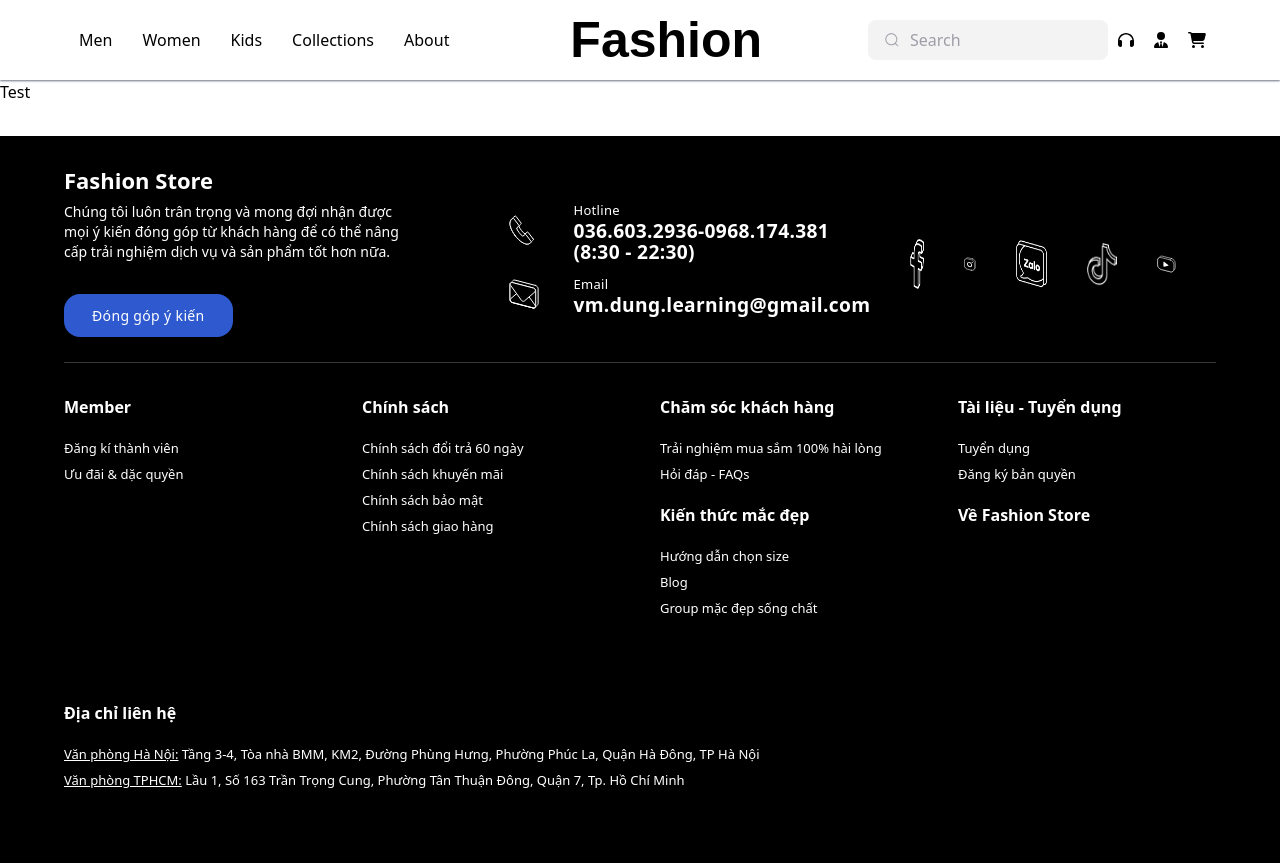
Repository: VuSnow/Software_Engineering
Page: /products
The author's editor kept a copy of each file at every save. The page is drawn from the files as they stood at one save, then again after the next save.
The browser window is 1280 px wide. The pictures show the whole page.
The project was rebuilt for these pictures with package versions that can differ from the ones it lists, and the page was loaded fresh each time. The framework's server and built-in components were replaced by stand-ins that run in the browser. Also part of the build but not shown: next.config.js, src/components/cart/CartItem/CartItem.tsx, src/components/cart/Cart.tsx.

Above is the page before, as saved 2023-06-25 10:14:52.

### src/app/layout.tsx
"use client";
import Header from "@/components/header/Header";
import "./globals.css";
import { Inter } from "next/font/google";
import Footer from "@/components/footer/Footer";

const inter = Inter({ subsets: ["latin"] });

export const metadata = {
  title: "Create Next App",
  description: "Generated by create next app",
};
export default function RootLayout({
  children,
}: {
  children: React.ReactNode;
}) {
  return (
    <html lang="en">
      <body>
        <Header />
        {children}
        <Footer />
      </body>
    </html>
  );
}

### src/app/products/page.tsx
import React from "react";

const Products = () => {
  return (
    <section className="mt-20">
      <h1>Test</h1>
    </section>
  );
};

export default Products;

### src/components/header/Header.tsx
import React, { useState, useEffect, useContext } from "react";
import { FontAwesomeIcon } from "@fortawesome/react-fontawesome";
import {
  faBars,
  faHeadphones,
  faUserTie,
  faCartShopping,
  faXmark,
  faPlus,
  faMinus,
} from "@fortawesome/free-solid-svg-icons";
import Cart from "../cart/Cart";
const Header = () => {
  const [classNav, setClassNav] = useState<String>(
    "opacity-0 invisible -left-full"
  );
  const [showCart, setShowCart] = useState(false);
  const showNav = () => {
    setClassNav("opacity-1 visible left-0");
  };
  const closeNav = () => {
    setClassNav("opacity-0 invisible -left-full");
  };
  return (
    <>
      <header className="text-black shadow-sm  mb-4 fixed block top-0 left-0 right-0 bg-white w-full shadow-gray-500 z-[99]">
        <div className="flex tablet: justify-between h-20 items-center mr-auto ml-auto max-w-full pl-[5%] pr-[5%]">
          <nav className="main-menu">
            <div className="mobile-menu cursor-pointer max-tablet:block hidden">
              <FontAwesomeIcon icon={faBars} size="2xl" onClick={showNav} />
            </div>
            <ul className="menu max-tablet:hidden flex">
              <li className="p-[15px] cursor-pointer">Men</li>
              <li className="p-[15px] cursor-pointer">Women</li>
              <li className="p-[15px] cursor-pointer">Kids</li>
              <li className="p-[15px] cursor-pointer">Collections</li>
              <li className="p-[15px] cursor-pointer">About</li>
            </ul>
            <div
              className={`sub-mobile-menu fixed top-0 right-0 bottom-[45px] bg-white z-[1000] pt-16 pr-4 pb-0 pl-4 ${classNav} overflow-y-auto`}
            >
              <div className="box-action bg-[#343a40] flex items-center justify-center rounded-tl-xl h-12 rounded-br-xl mb-[30px]">
                <a
                  href="#"
                  className="action-login text-white text-center text-[18px]"
                >
                  Đăng nhập
                </a>
              </div>
              <ul className="menu-mb">
                <li className="mb-[30px] pr-2 flex justify-between">
                  <a href="#">Men </a>
                  <span className="arrow">
                    <FontAwesomeIcon icon={faPlus} />
                    <FontAwesomeIcon icon={faMinus} className="hidden" />
                  </span>
                </li>
                <li className="mb-[30px] pr-2 flex justify-between">
                  <a href="#">Women </a>
                  <span className="arrow">
                    <FontAwesomeIcon icon={faPlus} />
                    <FontAwesomeIcon icon={faMinus} className="hidden" />
                  </span>
                </li>
                <li className="mb-[30px] pr-2 flex justify-between">
                  <a href="#">Kids </a>
                  <span className="arrow">
                    <FontAwesomeIcon icon={faPlus} />
                    <FontAwesomeIcon icon={faMinus} className="hidden" />
                  </span>
                </li>
                <li className="mb-[30px] pr-2 flex justify-between">
                  <a href="#">Collections </a>
                  <span className="arrow">
                    <FontAwesomeIcon icon={faPlus} />
                    <FontAwesomeIcon icon={faMinus} className="hidden" />
                  </span>
                </li>
                <li className="mb-[30px] pr-2 flex justify-between">
                  <a href="#">About </a>
                  <span className="arrow">
                    <FontAwesomeIcon icon={faPlus} />
                    <FontAwesomeIcon icon={faMinus} className="hidden" />
                  </span>
                </li>
              </ul>
              <div className="close-menu absolute top-[25px] left-[25px] text-[24px] text-black">
                <FontAwesomeIcon icon={faXmark} onClick={closeNav} />
              </div>
            </div>
          </nav>
          <div className="logo-brand">
            <a href="#" className="text-[50px] font-bold font-kumbhsan">
              Fashion
            </a>
          </div>
          <div className="right-header flex">
            <form
              action="search"
              name="form-search"
              className="flex leading-7 items-center relative max-w-[240px] max-mobile:hidden"
            >
              <svg
                className="icon absolute left-4 fill-[#9e9ea7] w-4 h-4"
                aria-hidden="true"
                viewBox="0 0 24 24"
              >
                <g>
                  <path d="M21.53 20.47l-3.66-3.66C19.195 15.24 20 13.214 20 11c0-4.97-4.03-9-9-9s-9 4.03-9 9 4.03 9 9 9c2.215 0 4.24-.804 5.808-2.13l3.66 3.66c.147.146.34.22.53.22s.385-.073.53-.22c.295-.293.295-.767.002-1.06zM3.5 11c0-4.135 3.365-7.5 7.5-7.5s7.5 3.365 7.5 7.5-3.365 7.5-7.5 7.5-7.5-3.365-7.5-7.5z"></path>
                </g>
              </svg>
              <input
                type="text"
                placeholder="Search"
                className=" w-full h-[40px] leading-7 p-0 pl-10 pr-4 border-2 border-solid border-transparent rounded-lg outline-none bg-[#f3f3f4] text-[#0d0c22] transition-all placeholder:text-[#9e9ea7] focus:outline-none focus:border-[rgba(234,76,137,0.4)] focus:bg-white focus:shadow-md"
              />
            </form>
            <div className="header-action flex">
              <div className="item wallet m-[10px] max-mobile:hidden cursor-pointer">
                <FontAwesomeIcon icon={faHeadphones} />
              </div>
              <div className="item person m-[10px] max-mobile:hidden cursor-pointer">
                <FontAwesomeIcon icon={faUserTie} />
              </div>
              <div
                className="item cart m-[10px] cursor-pointer"
                onClick={() => setShowCart(true)}
              >
                <FontAwesomeIcon icon={faCartShopping} />
              </div>
            </div>
          </div>
        </div>
      </header>
      {showCart && <Cart setShowCart={setShowCart} />}
    </>
  );
};

export default Header;

### src/app/globals.css
@tailwind base;
@tailwind components;
@tailwind utilities;

:root {
  --foreground-rgb: 0, 0, 0;
  --background-start-rgb: 214, 219, 220;
  --background-end-rgb: 255, 255, 255;
}

@media (prefers-color-scheme: dark) {
  :root {
    --foreground-rgb: 255, 255, 255;
    --background-start-rgb: 0, 0, 0;
    --background-end-rgb: 0, 0, 0;
  }
}
body {
  display: flex;
  flex-direction: column;
  justify-content: space-between;
}

### src/components/footer/Footer.tsx
import React from "react";
import logo from "./logo.png";
import Image from "next/image";
import Link from "next/link";
import dmca from "./dmca.png";
import congthuong from "./img-congthuong.png";
import hotlineIcon from "./icon-hotline.svg";
import emailIcon from "./icon-email.svg";
import facebookIcon from "./facebook.webp";
import zaloIcon from "./zalo.webp";
import instaIcon from "./icon-instar.svg";
import youtubeIcon from "./icon-youtube.svg";
import tiktokIcon from "./tiktok.webp";

const Footer = () => {
  return (
    <footer className="text-white flex justify-center items-center bg-black py-[30px] px-[5%] leading-[160%] mt-8">
      <div className="container-footer w-full">
        <div className="footer-top text-sm">
          <div className="top-sidebar flex justify-between items-center gap-[8%] mb-8 w-full border-b border-[#d9d9d942] desktop:flex-col desktop:items-start">
            <div className="flex-[1]">
              <h4 className=" font-semibold text-[22px] mb-2 text-[#fff] leading-7">
                Fashion Store
              </h4>
              <p className="description font-normal text-left mb-8">
                Chúng tôi luôn trân trọng và mong đợi nhận được mọi ý kiến đóng
                góp từ khách hàng để có thể nâng cấp trải nghiệm dịch vụ và sản
                phẩm tốt hơn nữa.
              </p>
              <Link
                href="#"
                target="_blank"
                className="support-btn inline-flex justify-center items-center h-[43px] bg-[#2f5acf] rounded-2xl py-0 px-7 font-medium tracking-wide mb-[25px] border-0"
              >
                Đóng góp ý kiến
              </Link>
            </div>
            <div className=" flex justify-between w-full flex-[2] items-center max-tablet:flex-col max-tablet:items-start max-tablet:gap-6 max-tablet:mb-8 gap-10">
              <div className="flex-[1]">
                <div className="hotline flex gap-8 items-center w-fit font-medium text-[13px] leading-[160%] tracking-wide mb-3 justify-start">
                  <div className="icon h-8 w-8">
                    <Image src={hotlineIcon} alt="Hotline Icon" />
                  </div>
                  <div className="content">
                    <span>Hotline</span>
                    <p className="description block text-[1.2rem] font-semibold">
                      <Link href="tel: 0366032936">036.603.2936</Link>-
                      <Link href="tel: 0968174381">0968.174.381</Link>
                      <br />
                      <span>(8:30 - 22:30)</span>
                    </p>
                  </div>
                </div>
                <div className="email flex gap-8 items-center font-medium text-[13px] leading-[160%] tracking-wide mb-3 justify-start">
                  <div className="icon h-8 w-8">
                    <Image src={emailIcon} alt="Email Icon" />
                  </div>
                  <div className="content ">
                    <span>Email</span>
                    <p className=" text-[1.2rem] font-semibold">
                      <Link href="mailto: vm.dung.learning@gmail.com">
                        vm.dung.learning@gmail.com
                      </Link>
                    </p>
                  </div>
                </div>
              </div>
              <div className="social mt-0 h-[130px] flex justify-end items-center flex-[1]">
                <Link
                  href="https://www.facebook.com/dung.vuminh.315080/"
                  className="flex justify-center items-center"
                >
                  <Image
                    src={facebookIcon}
                    alt=""
                    className=" max-h-[100px] w-full pr-10 min-h-[50px]"
                  />
                </Link>
                <Link
                  href="https://www.instagram.com/v.m.dung.36/"
                  className="flex justify-center items-center"
                >
                  <Image
                    src={instaIcon}
                    alt=""
                    className=" max-h-[100px] w-full pr-10 min-h-[50px]"
                  />
                </Link>
                <Link
                  href="https://zalo.me/0366032936"
                  className="flex justify-center items-center"
                >
                  <Image
                    src={zaloIcon}
                    alt=""
                    className=" max-h-[100px] w-full pr-10 min-h-[50px]"
                  />
                </Link>
                <Link
                  href="https://www.instagram.com/v.m.dung.36/"
                  className="flex justify-center items-center"
                >
                  <Image
                    src={tiktokIcon}
                    alt=""
                    className=" max-h-[100px] w-full pr-10 min-h-[50px]"
                  />
                </Link>
                <Link
                  href="https://www.instagram.com/v.m.dung.36/"
                  className="flex justify-center items-center"
                >
                  <Image
                    src={youtubeIcon}
                    alt=""
                    className=" max-h-[100px] w-full pr-10 min-h-[50px]"
                  />
                </Link>
              </div>
            </div>
          </div>
          <div className="top-menu"></div>
        </div>
        <div className="footer-bottom">
          <div className="footer-menu flex justify-between flex-wrap gap-10">
            <div className="footer-item flex-[1] text-[13px] leading-[200%] text-[d9d9d9] min-w-[200px] mb-10">
              <h4 className="text-[#fff] font-semibold mb-4 mt-0 text-base">
                Member
              </h4>
              <ul>
                <li>Đăng kí thành viên</li>
                <li>Ưu đãi & dặc quyền</li>
              </ul>
            </div>
            <div className="footer-item flex-[1] text-[13px] leading-[200%] text-[d9d9d9] min-w-[200px] mb-10">
              <h4 className="text-[#fff] font-semibold mb-4 mt-0 text-base">
                Chính sách
              </h4>
              <ul>
                <li>Chính sách đổi trả 60 ngày</li>
                <li>Chính sách khuyến mãi</li>
                <li>Chính sách bảo mật</li>
                <li>Chính sách giao hàng</li>
              </ul>
            </div>
            <div className="footer-item flex-[1] text-[13px] leading-[200%] text-[d9d9d9] min-w-[200px] mb-10">
              <h4 className="text-[#fff] font-semibold mb-4 mt-0 text-base">
                Chăm sóc khách hàng
              </h4>
              <ul>
                <li>Trải nghiệm mua sắm 100% hài lòng</li>
                <li>Hỏi đáp - FAQs</li>
              </ul>
              <h4 className="text-[#fff] font-semibold mb-4 text-base mt-4">
                Kiến thức mắc đẹp
              </h4>
              <ul>
                <li>Hướng dẫn chọn size</li>
                <li>Blog</li>
                <li>Group mặc đẹp sống chất</li>
              </ul>
            </div>
            <div className="footer-item flex-[1] text-[13px] leading-[200%] text-[d9d9d9] min-w-[200px] mb-10">
              <h4 className="text-[#fff] font-semibold mb-4 mt-0 text-base">
                Tài liệu - Tuyển dụng
              </h4>
              <ul>
                <li>Tuyển dụng</li>
                <li>Đăng ký bản quyền</li>
              </ul>
              <h4 className="text-[#fff] font-semibold mb-4 text-base mt-4">
                Về Fashion Store
              </h4>
            </div>
            <div className="footer-item flex-[1] text-[13px] leading-[200%] text-[d9d9d9] min-w-[200px] mb-10">
              <h4 className="text-[#fff] font-semibold mb-4 mt-0 text-base">
                Địa chỉ liên hệ
              </h4>
              <p>
                <u>Văn phòng Hà Nội:</u> Tầng 3-4, Tòa nhà BMM, KM2, Đường Phùng
                Hưng, Phường Phúc La, Quận Hà Đông, TP Hà Nội
              </p>
              <p>
                <u>Văn phòng TPHCM:</u> Lầu 1, Số 163 Trần Trọng Cung, Phường
                Tân Thuận Đông, Quận 7, Tp. Hồ Chí Minh
              </p>
            </div>
          </div>
        </div>
      </div>
    </footer>
  );
};

export default Footer;

### tailwind.config.js
/** @type {import('tailwindcss').Config} */
module.exports = {
  content: [
    "./src/pages/**/*.{js,ts,jsx,tsx,mdx}",
    "./src/components/**/*.{js,ts,jsx,tsx,mdx}",
    "./src/app/**/*.{js,ts,jsx,tsx,mdx}",
  ],
  theme: {
    fontFamily: {
      kumbhsan: ["Kumbh Sans", "sans-serif"],
    },
    screens: {
      "min-w": { min: "375px" },
      mobile: { min: "375px", max: "768px" },
      tablet: { min: "768px", max: "992px" },
      "max-mobile": { max: "768px" },
      "max-tablet": { max: "992px" },
      "small-desktop": { min: "1024px", max: "1200px" },
      "big-desktop": { min: "1200px" },
      desktop: { max: "1200px" },
      md: { min: "768px" },
    },
    extend: {
      keyframs: {
        slideCartWindow: {
          "0%": { transform: "translateX(100%)" },
          "100%": { transform: "translateX(0)" },
        },
      },
    },
    backgroundSize: {
      auto: "auto",
      cover: "cover",
      contain: "contain",
      "90%": "90%",
    },
  },
  plugins: [],
};

After the next save:
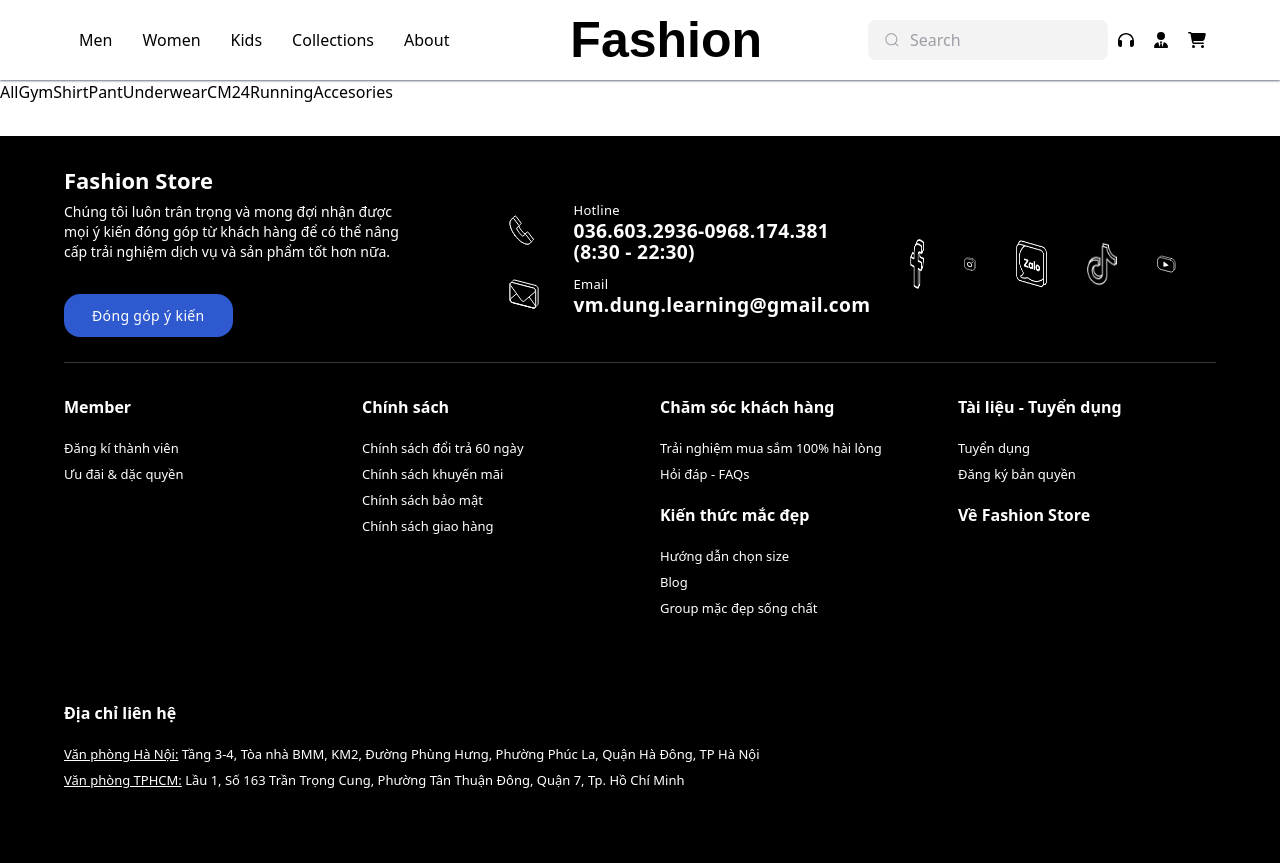
Saved 9 min 13 s later.
--- a/src/app/products/page.tsx
+++ b/src/app/products/page.tsx
@@ -1,9 +1,23 @@
 import React from "react";
+import Link from "next/link";
 
 const Products = () => {
   return (
     <section className="mt-20">
-      <h1>Test</h1>
+      <div className="container">
+        <div className="categories-list">
+          <div className="tab-header">
+            <Link href="#">All</Link>
+            <Link href="#">Gym</Link>
+            <Link href="#">Shirt</Link>
+            <Link href="#">Pant</Link>
+            <Link href="#">Underwear</Link>
+            <Link href="#">CM24</Link>
+            <Link href="#">Running</Link>
+            <Link href="#">Accesories</Link>
+          </div>
+        </div>
+      </div>
     </section>
   );
 };
